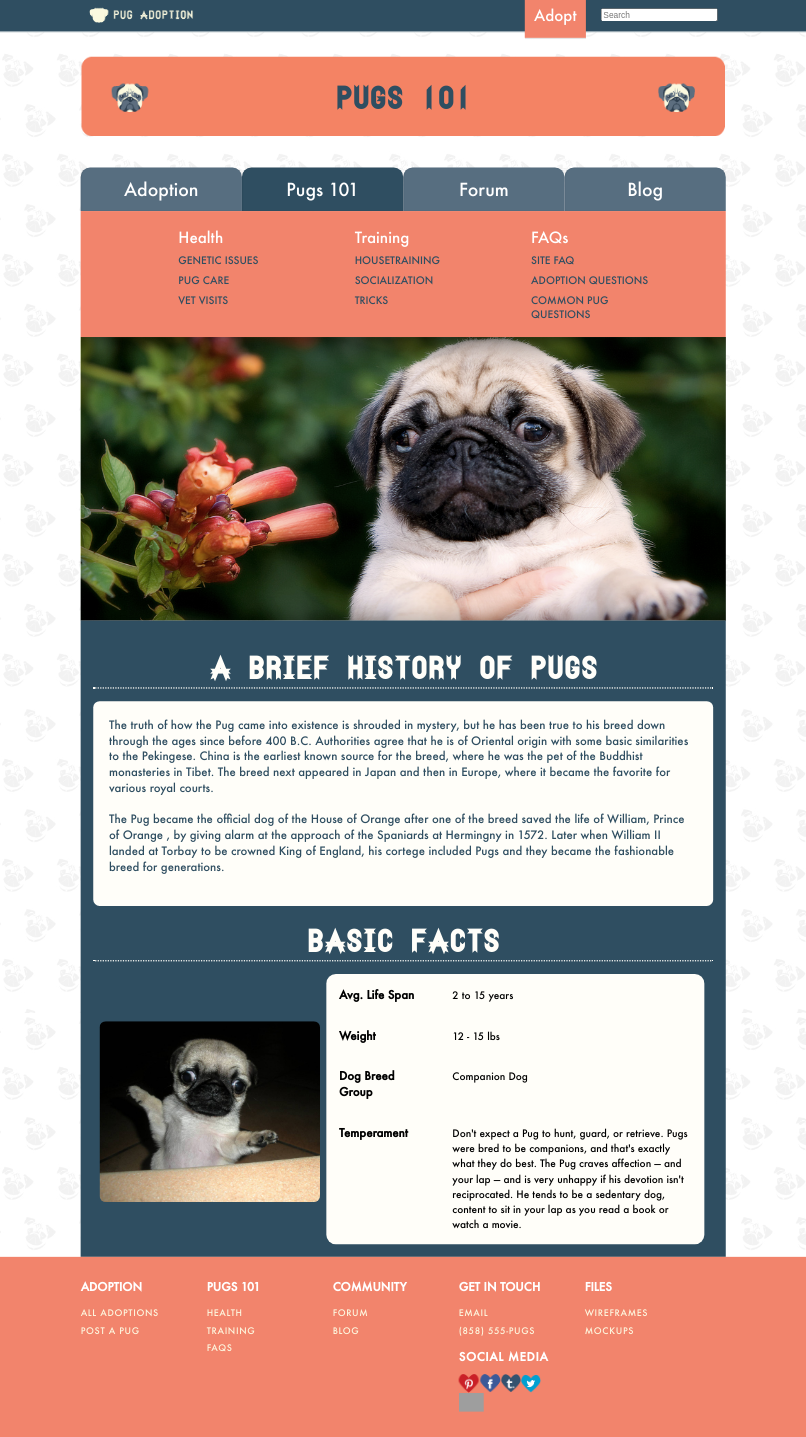
Repository: vqdo/pug-adoption
Page: http://localhost/pugs101.php
The author's editor kept a record of every edit. The page is drawn from the files as they stood at one moment, then again after the next edit.
The browser window is 1280 px wide. The pictures show the whole page, at 63% of full size.
Pictures or frames that could not be fetched are drawn as grey boxes. The page is run by PHP 8.4 with error messages shown; the project is at /var/www/html/.

Above is the page before.

### pugs101.php
<!DOCTYPE html>
<?php include 'partials/_globals.php' ?>
<html>
<head>
	<title><?php echo $strings['sitename'] ?> - Pugs 101 </title>
	<meta charset="utf-8">
	<!--<link href='http://fonts.googleapis.com/css?family=Libre+Baskerville:400,700' rel='stylesheet' type='text/css'>-->
	<link rel="stylesheet" href="css/master.css">
</head>
<body id="pugs101">
    <?php include 'partials/_header.php'; ?>

    <div class="pugs-main">
    	<a href="index.php">
	   	    <div class="pugs-logo">
		    	<h1>Pugs 101</h1>
		    </div>
	    </a>
	</div>


    <div class="page-body">
    	<div class="container">
			<?php include 'partials/_pagenav.php'; ?>
			<div class="pugs-101-pug">
				<!--<h1>Have you hugged<br>your pug today?</h1>-->
				</div>
    		<div class="content">
    			<h1>A Brief History of Pugs</h1>
    			<div class="roundbox">
    				<p>The truth of how the Pug came into existence is shrouded
    				in mystery, but he has been true to his breed down through
    				the ages since before 400 B.C. Authorities agree that he is
    				of Oriental origin with some basic similarities to the
    				Pekingese. China is the earliest known source for the breed,
    				where he was the pet of the Buddhist monasteries in Tibet.
    				The breed next appeared in Japan and then in Europe, where
    				it became the favorite for various royal courts.
    				<br><br>
    				The Pug became the official dog of the House of Orange after
    				one of the breed saved the life of William, Prince of Orange
    				, by giving alarm at the approach of the Spaniards at
    				Hermingny in 1572. Later when William II landed at Torbay to
    				be crowned King of England, his cortege included Pugs and
    				they became the fashionable breed for generations.
    				<br><br>
    				</p>
    			</div>

				<h1>Basic Facts</h1>
					<img src="images/pugs/derppug.jpg" alt="A pug" class="fl infotable-pic">
    				<table class="facts-table">
    					<tr>
    						<td class="title">Avg. Life Span</td>
    						<td>2 to 15 years</td>
    					</tr>
    					<tr>
    						<td class="title">Weight</td>
    						<td>12 - 15 lbs</td>
    					</tr>
    					<tr>
    						<td class="title">Dog Breed Group</td>
    						<td>Companion Dog</td>
    					</tr>
    					<tr>
    						<td class="title">Temperament</td>
    						<td><p>Don't expect a Pug to hunt, guard, or retrieve. Pugs were bred to be companions, and that's exactly what they do best. The Pug craves affection — and your lap — and is very unhappy if his devotion isn't reciprocated.

He tends to be a sedentary dog, content to sit in your lap as you read a book or watch a movie.</p></td>
    					</tr>

    				</table>
    		</div>
    	</div>
	</div>

    <?php include 'partials/_footer.php'; ?>
</body>
</html>

### partials/_globals.php
<?php

    // Include global variables here
    $strings = array(
        'sitename' => "Pug Adoption",
        'gfonts' => "https://fonts.googleapis.com/css?family=Montserrat:400,700"
    )

?>

### partials/_header.php
<header>
    <nav id="site-nav" class="cf">
        <div class="bg"></div>
        <div class="container cf">

            <input class="searchbox fr" type="text" placeholder="Search" />

            <a class="highlighted-link fr" href="adopt.php">Adopt</a>
            <a class="headerlogo" href="index.php"></a>
        </div>
    </nav>
</header>

### partials/_pagenav.php
    		<nav class="tab-container">
	    		<div class="page-tabs cf">
	    			<ul>
	    				<li><a class="tab-adoption" href="adopt.php">Adoption</a></li>
	    				<li><a class="tab-pugs101" href="pugs101.php">Pugs 101</a></li>
	    				<li><a class="tab-forum" href="forum.php">Forum</a></li>
	    				<li><a class="tab-blog" href="blog.php">Blog</a></li>
	    			</ul>
	    		</div>
	    		<div class="page-tabs-sub cf">
	    			<ul class="sub-nav tab-adoption">
	    				<li><a href="adopt.php">Search</a></li>
	    				<li><a href="http://www.pugpros.org/turn-in-a-pug/">Post a Pug</a></li>
	    				<li><a href="http://www.pugpros.org/category/happy-endings/">Happy Endings</a></li>
	    			</ul>
	    			<ul class="sub-nav tab-pugs101 cf">
	    				<li><a href="health.php" class="underline">Health</a>
	    					<ul>
	    						<li><a href="http://www.pugvillage.com/pug-health/pug-genetic-issues">Genetic Issues</a></li>
	    						<li><a href="http://www.pugvillage.com/pug-health/general-pug-care">Pug Care</a></li>
	    						<li><a href="http://prime.peta.org/2012/06/how">Vet Visits</a></li>
	    					</ul>
	    				</li>
	    				<li><a href="training.php" class="underline">Training</a>
	    					<ul>
	    						<li><a href="http://www.pugvillage.com/pug-training/housetraining-pugs-faq">Housetraining</a></li>
	    						<li><a href="http://www.netplaces.com/pug/socializing-your-pug/">Socialization</a></li>
	    						<li><a href="#http://www.pugvillage.com/pug-training/trick-training-your-pug">Tricks</a></li>
	    					</ul>
	    				</li>
	    				<li><a href="#" class="underline">FAQs</a>
	    					<ul>
	    						<li><a href="#">Site FAQ</a></li>
	    						<li><a href="http://www.pugvillage.com/your-first-pug/find-pug">Adoption Questions</a></li>
	    						<li><a href="http://www.pugvillage.com/pug-faqs/pug-faqs">Common Pug Questions</a></li>
	    					</ul>
	    				</li>
	    			</ul>
	    			<ul class="sub-nav tab-forum">
						<!-- Empty? -->
	    			</ul>
	    			<ul class="sub-nav tab-blog">
						<!-- Empty? -->
	    			</ul>
	    		</div>
			</nav>

### partials/_footer.php
<footer>
     <div class="container cf">
                <section class="footer-section">
                    <h2>Adoption</h2>
                    <ul>
                        <li><a href="adopt.php">All Adoptions</a></li>
                        <li><a href="#">Post a Pug</a></li>
                    </ul>
                </section>
                <section class="footer-section">
                    <h2>Pugs 101</h2>
                    <ul>
                        <li><a href="health.php">Health</a></li>
                        <li><a href="training.php">Training</a></li>
                        <li><a href="#">FAQs</a></li>
                    </ul>
                </section>
                <section class="footer-section">
                    <h2>Community</h2>
                    <ul>
                        <li><a href="forum/php">Forum</a></li>
                        <li><a href="blog.php">Blog</a></li>
                    </ul>
                </section>
                <section class="footer-section">
                    <h2>Get In Touch</h2>
                    <ul>
                        <li><a href="mailto:187@cogsci.ucsd.edu">Email</a></li>
                        <li>(858) 555-PUGS</li>
                        <li><h2>Social Media</h2>
                            <ul>
                                <li><a href="http://pinterest.com"><img src="../images/social media/pinterest.png"></a></li>
            			        <li><a href="http://facebook.com"><img src="../images/social media/facebook.png"></a></li>
            				    <li><a href="http://tumbler.com"><img src="../images/social media/tumblr.png"></a></li>
            			        <li><a href="http://twitter.com"><img src="../images/social media/twitter.png"></a></li>
            				    <li><a href="http://rss.com"><img src="../images/social media/rss.png"></a></li></li>
                            </ul>

                        </li>
                    </ul>
                </section>
                <section class="footer-section">
                    <h2>Files</h2>
                    <ul>
                        <li><a href="../files/wireframes.pdf">Wireframes</a></li>
    				    <li><a href="../files/mockups.pdf">Mockups</a></li>
                    </ul>
                </section>
            </div>
</footer>


<script type="text/javascript" src="js/jquery-1.11.1.min.js"></script>
<script type="text/javascript" src="js/jquery-ui.min.js"></script>
<script type="text/javascript" src="js/master.js"></script>

Loaded but not shown: js/jquery-1.11.1.min.js (library); js/jquery-ui.min.js (library); js/master.js (321 lines, source omitted); css/master.css (1017 lines, source omitted)

After the next edit:
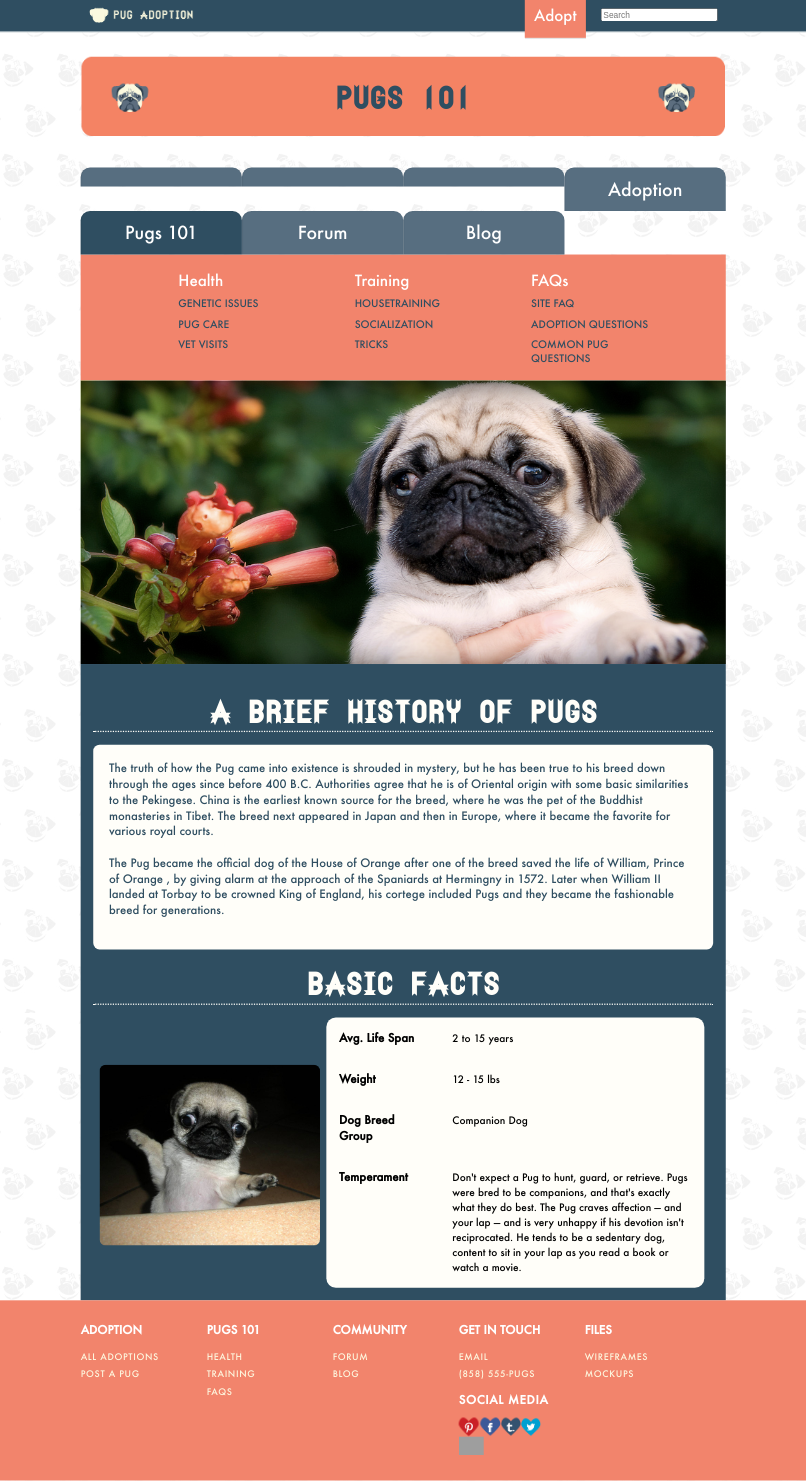
The edit:
--- a/pugs101.php
+++ b/pugs101.php
@@ -15,7 +15,6 @@
 	   	    <div class="pugs-logo">
 		    	<h1>Pugs 101</h1>
 		    </div>
-	    </a>
 	</div>
 
 

After the edit that followed:
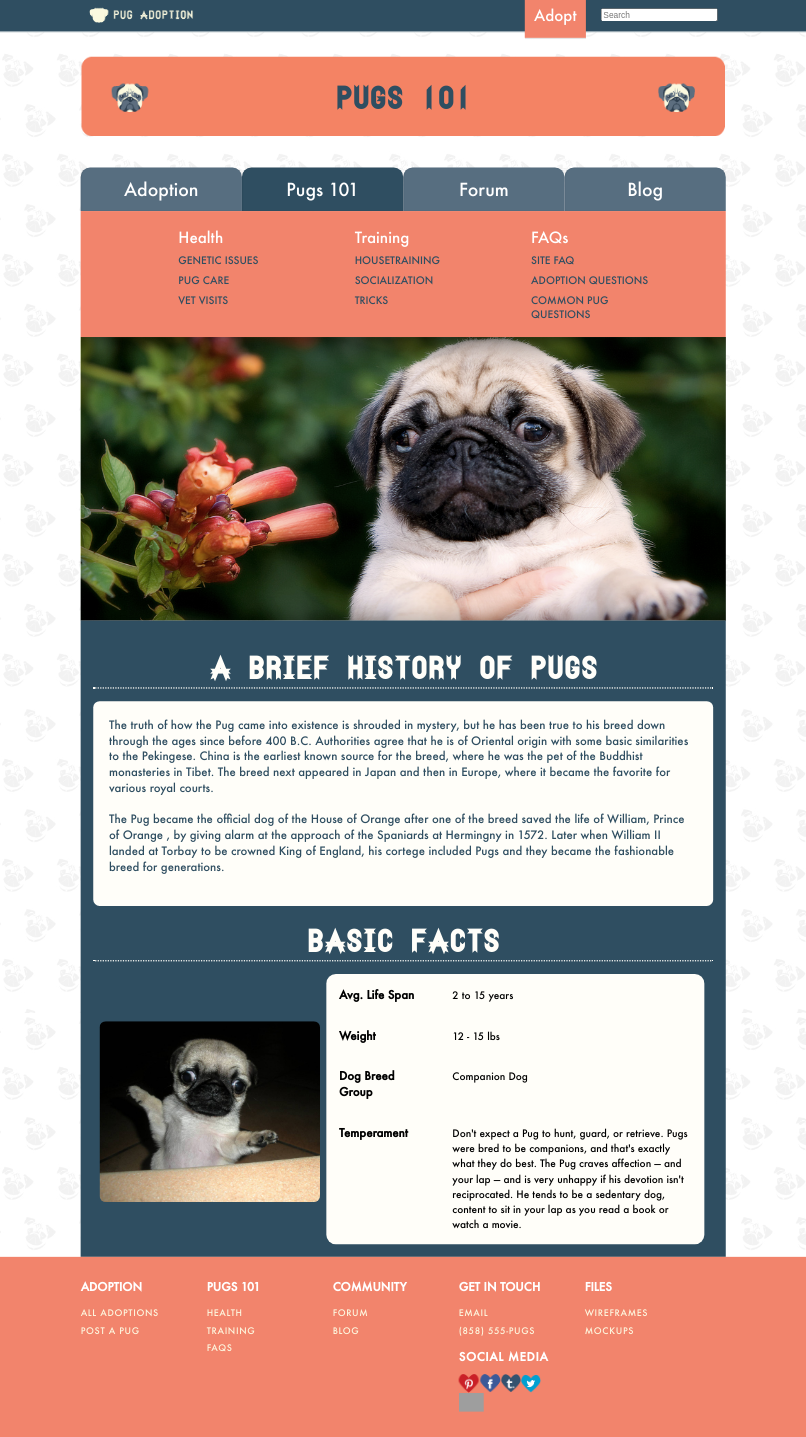
The edit:
--- a/pugs101.php
+++ b/pugs101.php
@@ -11,9 +11,8 @@
     <?php include 'partials/_header.php'; ?>
 
     <div class="pugs-main">
-    	<a href="index.php">
 	   	    <div class="pugs-logo">
-		    	<h1>Pugs 101</h1>
+		    	<a href="pugs101.php"><h1>Pugs 101</h1></a>
 		    </div>
 	</div>
 
